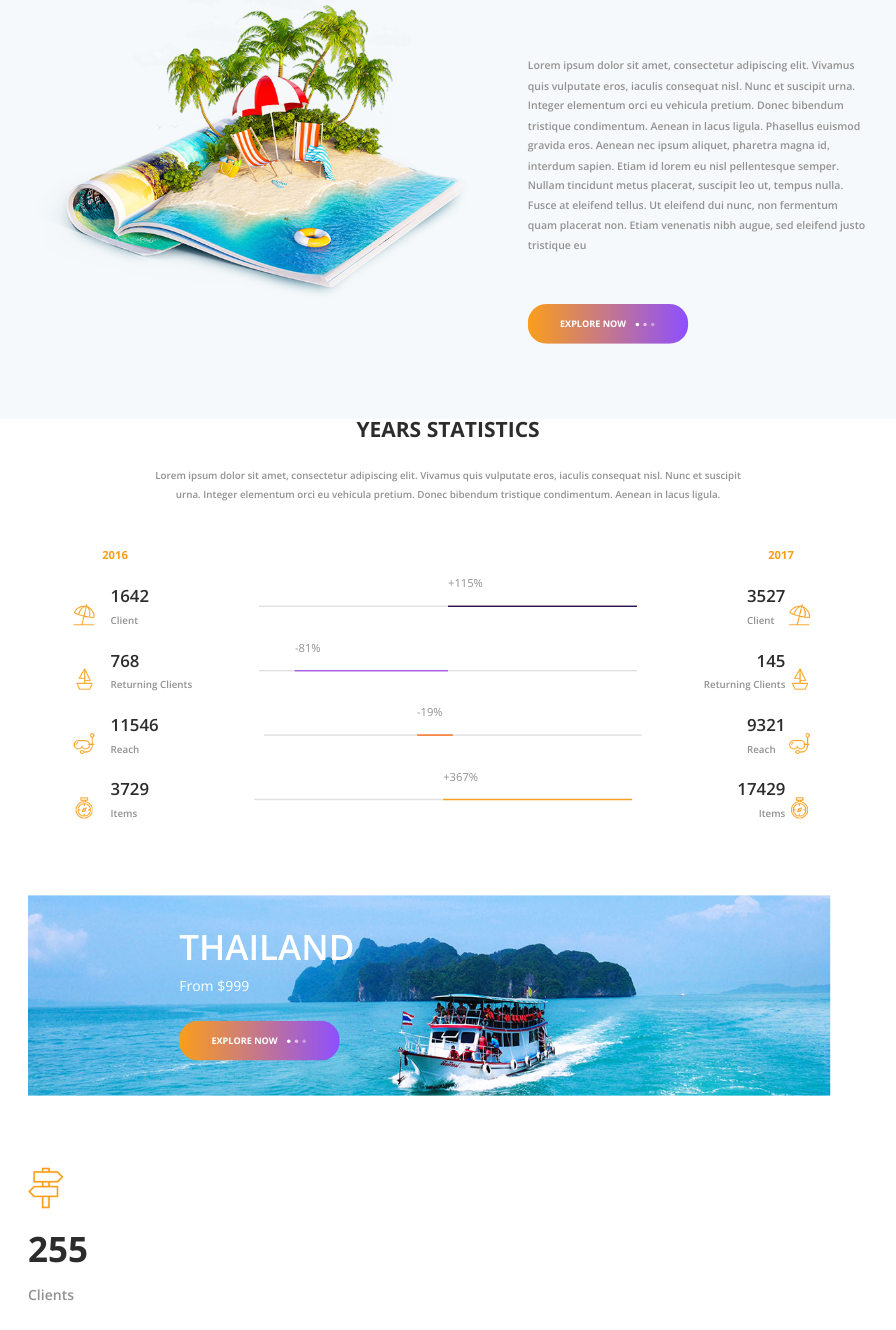
Repository: phamhuuloc/Travelix_Template
Page: about.html
The author's editor kept a copy of each file at every save. The page is drawn from the files as they stood at one save, then again after the next save.
The browser window is 1280 px wide. The pictures show the part of the page from y = 853 to 2753 px (the page is 3332 px tall before and 3230 px after), at 70% of full size.
A picture or video elsewhere on the page could not be fetched, so the positions and the page height are approximate. Backgrounds fixed to the window are drawn as part of the page. Some web fonts or font styles are not loaded; a fallback is used.

Above is the page before, as saved 2021-10-13 10:45:18.

After the next save:
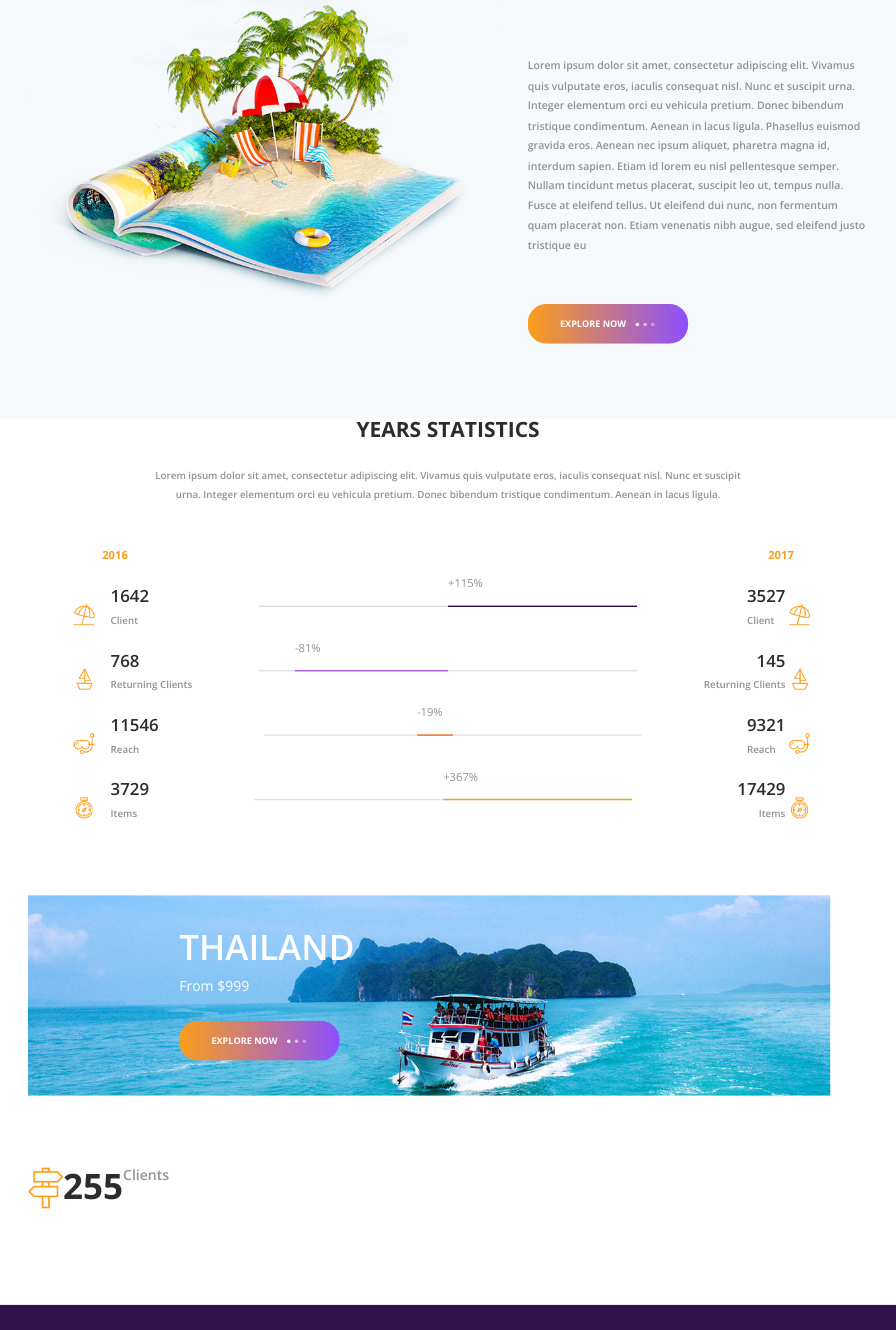
Saved 9 s later.
--- a/assets/css/about.css
+++ b/assets/css/about.css
@@ -163,7 +163,7 @@
   margin-bottom: 10.6rem;
 }
 .milestone__item {
-  align-items: center;
+  display: flex;
 }
 .milestone__icon {
   margin-bottom: 3.2rem;

After the save that followed:
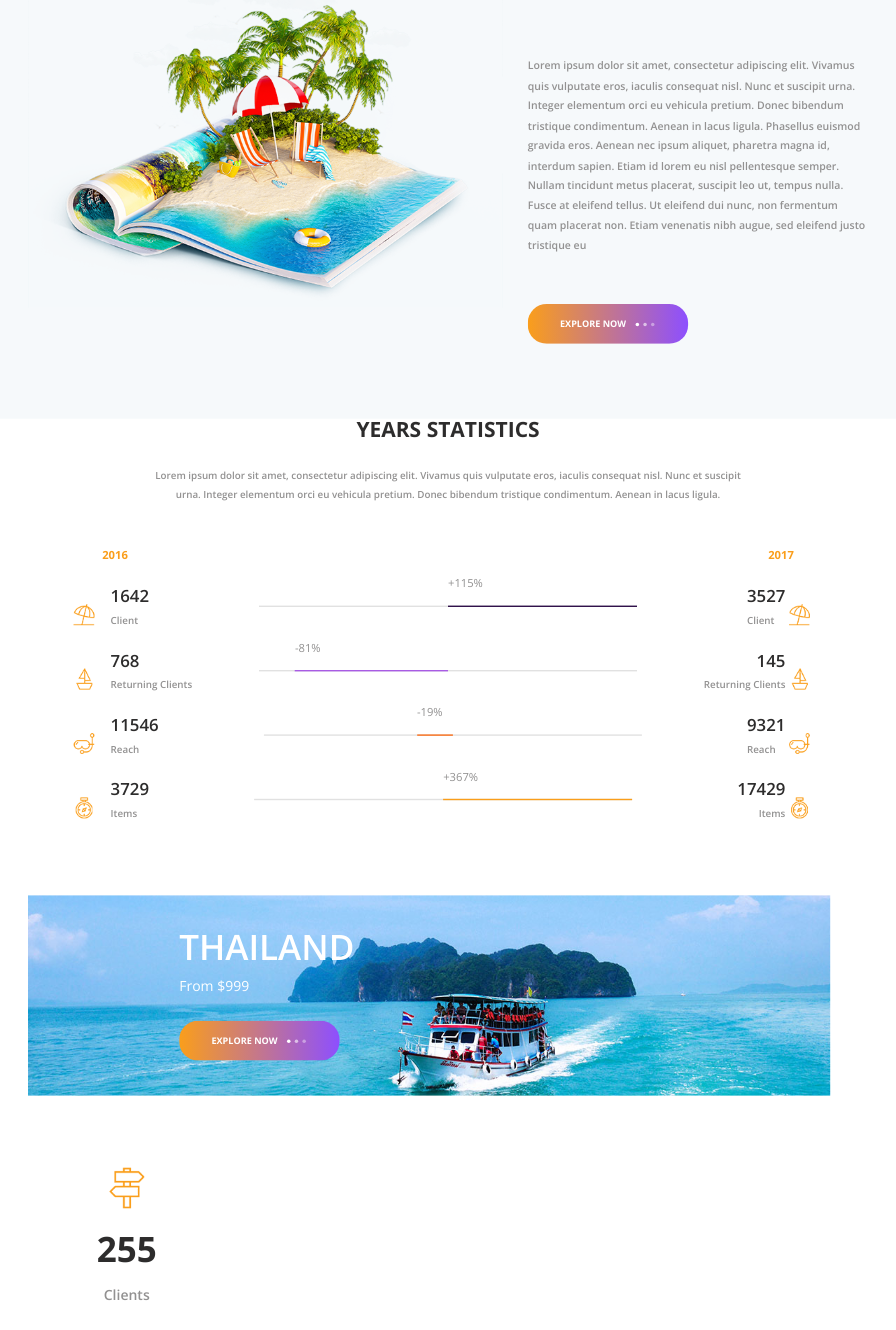
Saved 10 s later.
--- a/assets/css/about.css
+++ b/assets/css/about.css
@@ -164,6 +164,8 @@
 }
 .milestone__item {
   display: flex;
+  flex-direction: column;
+  align-items: center;
 }
 .milestone__icon {
   margin-bottom: 3.2rem;
